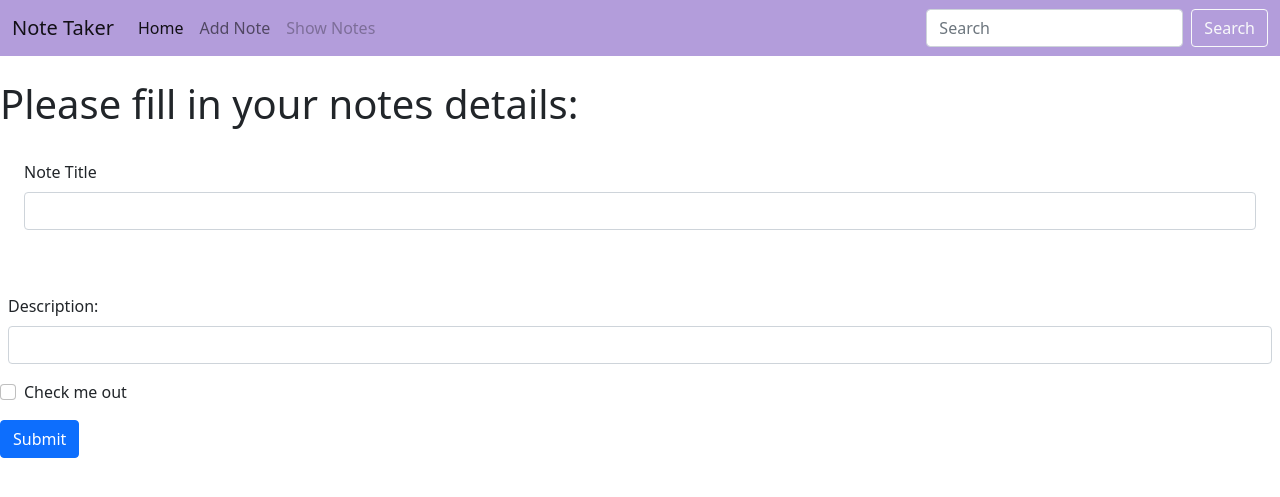
Repository: Tanmoy4672/Hibernate
Page: http://localhost/NoteTaker/add_notes.jsp
An editor plug-in stored every save of this project. The page is shown before and after the next save, followed by the edit.
The browser window is 1280 px wide. The pictures show the whole page.
The page is served by Tomcat 9.

Above is the page before, as saved 2021-12-16 06:15:26.

After the next save:
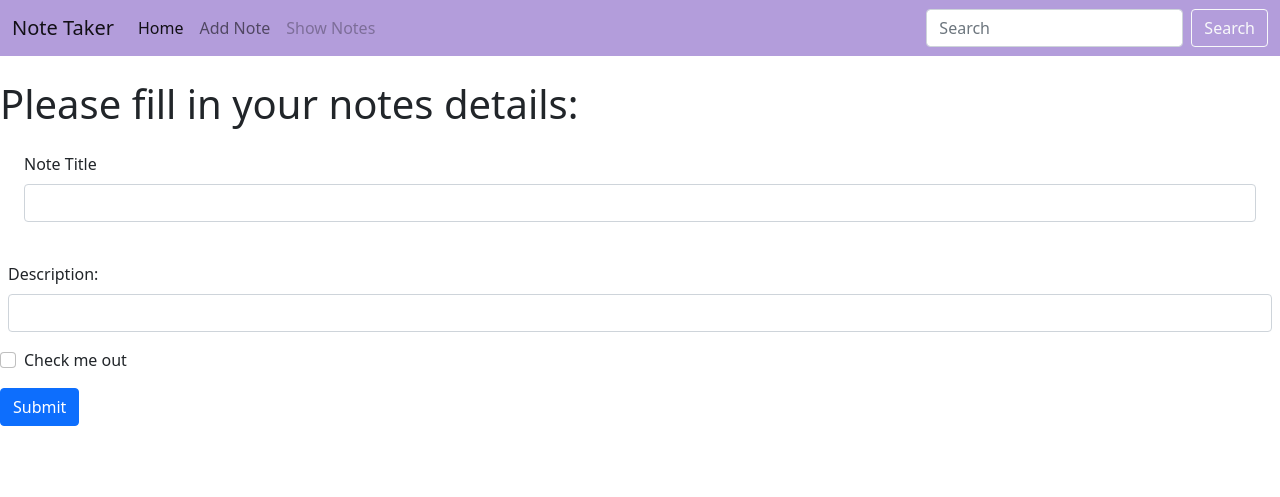
Saved 15 s later.
--- a/NoteTaker/src/main/webapp/add_notes.jsp
+++ b/NoteTaker/src/main/webapp/add_notes.jsp
@@ -17,7 +17,7 @@
 <h1>Please fill in your notes details:</h1>
 	<!-- This is add notes form -->
 	<form action="SaveNoteServlet" method="POST">
-		<div class="mb-3 p-4">
+		<div class="mb-3 m-4">
 			<label for="exampleInputEmail1" class="form-label">Note Title</label>
 			 <input type="text" class="form-control"
 				id="exampleInputEmail1" aria-describedby="emailHelp">
